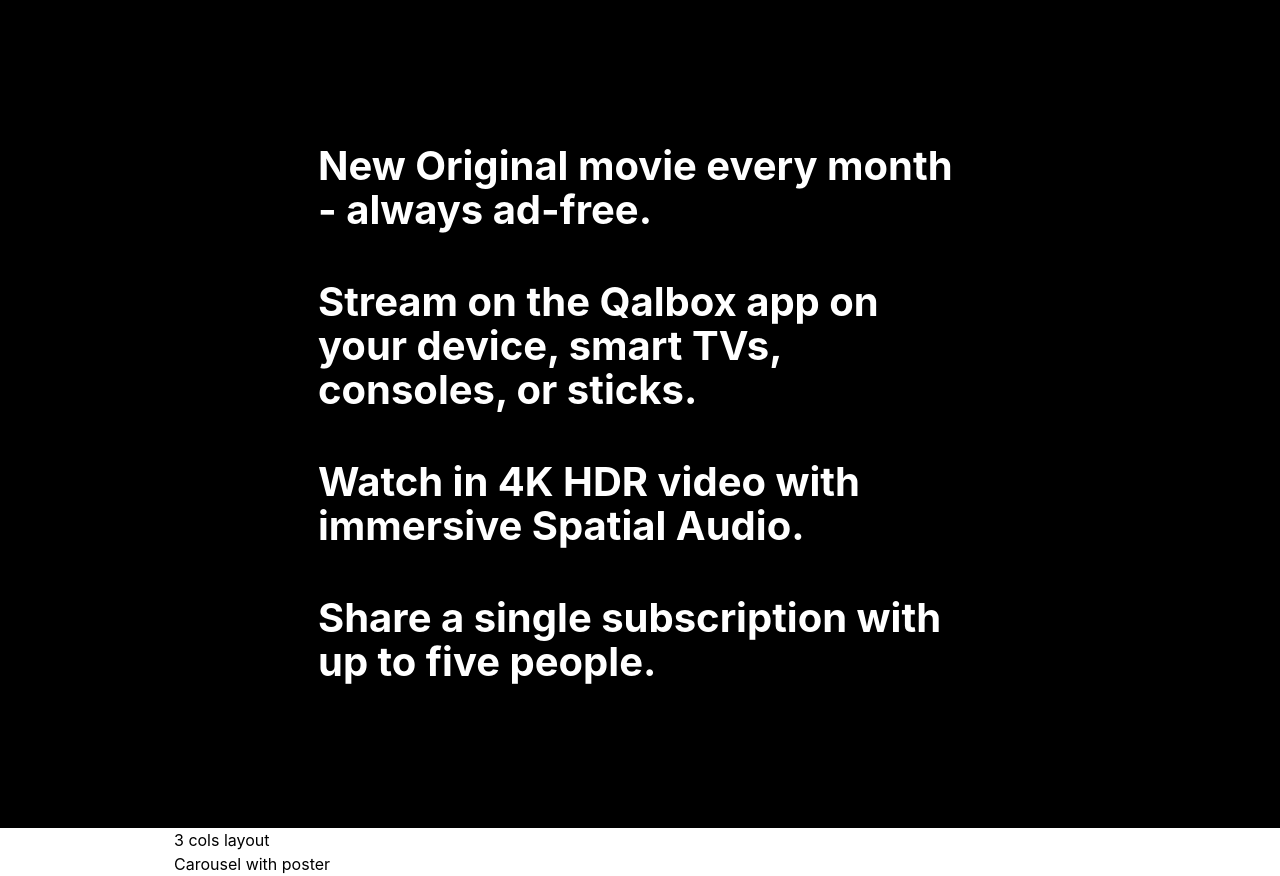
Repository: iqmalr/qalbox-rebuild
Page: /
The author's editor kept a copy of each file at every save. The page is drawn from the files as they stood at one save, then again after the next save.
The browser window is 1280 px wide. The pictures show the part of the page from y = 720 to 1596 px (the page is 1596 px tall before and 1552 px after).
Some web fonts or font styles are not loaded; a fallback is used. The project was rebuilt for these pictures with package versions that can differ from the ones it lists, and the page was loaded fresh each time. Also part of the build but not shown: vite.config.ts. Imported but missing from the stored project, and not drawn on this page: src/assets/Hero.mp4.

Above is the page before, as saved 2024-09-16 13:57:00.

### src/App.tsx
import { CustomContainer } from "./components/CustomContainer";
import { Headers } from "./components/Headers";
import { Hero } from "./components/sections/Hero";
import { USPS } from "./components/sections/USPS";

function App() {
  return (
    <>
      <Headers />
      <main>
        <div className="bg-background">
          <Hero />
          <USPS />
        </div>
        <div>
          <CustomContainer>3 cols layout</CustomContainer>
        </div>
        <div>
          <CustomContainer>Carousel with poster</CustomContainer>
        </div>
      </main>
    </>
  );
}

export default App;

### src/index.css
@tailwind base;
@tailwind components;
@tailwind utilities;
@font-face {
  font-family: "SF Pro Display";
  src: url("/assets/font/SFProDisplay-Regular.ttf") format("truetype");
  font-weight: 400;
  font-style: normal;
}

@font-face {
  font-family: "SF Pro Display";
  src: url("/assets/fonts/SFProDisplay-Bold.ttf") format("truetype");
  font-weight: 700;
  font-style: normal;
}

body {
  font-family: "SF Pro Display", sans-serif;
}
@layer {
  :root {
    --header-row-height: 44px;
    --header-height: calc(var(--header-row-height) * 2);
    --hero-height: calc(100svh - var(--header-height));
  }
}

### src/components/CustomContainer.tsx
import React from "react";
import { twMerge } from "tailwind-merge";
type Props = {
  children: React.ReactNode;
  className?: string;
};

export const CustomContainer = ({ children, className }: Props) => {
  return (
    <div className={twMerge("mx-auto max-w-[980px] px-6", className)}>
      {children}
    </div>
  );
};

### src/components/Headers.tsx
import QalboxSVGIcon from "../assets/QalboxSVG";
import { Button } from "./Button";
import { CustomContainer } from "./CustomContainer";

export const Headers = () => {
  return (
    <>
      <header className="top-0 z-20 bg-backgroundContrast text-white">
        <CustomContainer className="flex h-[--header-row-height] items-center">
          <a
            href="/"
            className="-ml-6 flex h-[--header-row-height] items-center px-6 text-21"
          >
            <QalboxSVGIcon />
            <span>Back to homepage</span>
          </a>
        </CustomContainer>
      </header>
      <div className="sticky top-0 z-20 bg-backgroundContrast text-white">
        <CustomContainer className="flex h-[--header-row-height] items-center justify-between">
          <p className="text-21 font-semibold">Qalbox App +</p>
          <Button size="small">Stream now</Button>
        </CustomContainer>
      </div>
    </>
  );
};

### src/components/sections/Hero.tsx
import { motion, useScroll, useTransform } from "framer-motion";
import { lazy, useEffect, useRef } from "react";
import videoSrc from "../../assets/Hero.mp4";
const CustomContainer = lazy(() =>
  import("../CustomContainer").then((module) => ({
    default: module.CustomContainer,
  })),
);
export const Hero = () => {
  const videoContainerRef = useRef<HTMLDivElement>(null);
  const videoRef = useRef<HTMLVideoElement>(null);

  const { scrollYProgress } = useScroll({
    target: videoContainerRef,
    offset: ["start start", "end end"],
  });
  const opacity = useTransform(scrollYProgress, [0, 0.7, 1], [1, 1, 0]);

  useEffect(() => {
    const videoContainer = videoContainerRef.current;
    const video = videoRef.current;
    if (!videoContainer || !video) return;

    const observer = new IntersectionObserver(
      (entries) => {
        entries.forEach((entry) => {
          if (entry.isIntersecting) {
            video.play().catch(() => {
              console.error("Autoplay was prevented");
            });
          } else {
            video.pause();
          }
        });
      },
      { threshold: 0.5 },
    );

    observer.observe(videoContainer);

    return () => {
      observer.unobserve(videoContainer);
    };
  }, []);
  return (
    <div className="relative bg-background text-white">
      <motion.div
        style={{ opacity }}
        ref={videoContainerRef}
        className="absolute -top-[--header-height] left-0 h-[200vh] w-full"
      >
        <video
          ref={videoRef}
          className="sticky top-0 h-screen w-full object-cover"
          src={videoSrc}
          muted
          playsInline
          loop
        />
      </motion.div>
      <CustomContainer className="relative z-10 h-[--hero-height] pb-7">
        <motion.div
          className="flex h-full flex-col items-center justify-end text-center"
          variants={{
            hidden: { opacity: 0 },
            visible: { opacity: 1 },
          }}
          whileInView="visible"
          exit="hidden"
          animate="hidden"
          viewport={{ amount: 0.98 }}
        >
          <h1 className="mb-5 text-40 font-bold md:text-72">
            The Heart of <br />
            Muslim Entertainment.
          </h1>
          <h1 className="mb-5">
            *After your free trial, enjoy both Qalbox and Muslim Pro from
            S$8.33/month onwards. Cancel anytime.
          </h1>
          <h1 className="mb-5">
            Ready to watch? Enter your email to create or restart your
            membership.
          </h1>
          <div className="flex h-[58px] w-[480px] flex-row text-21">
            <div className="flex basis-3/4 items-center bg-white text-textBlack">
              <p className="p-5">Email Address</p>
              <p></p>
            </div>
            <button className="basis-1/4 bg-primary">Mulai</button>
          </div>
        </motion.div>
      </CustomContainer>
    </div>
  );
};

### src/components/sections/USPS.tsx
import { CustomContainer } from "../CustomContainer";

export const USPS = () => {
  return (
    <CustomContainer className="max-w-[692px] space-y-12 py-36 font-bold text-white">
      <p className="text-40">
        New Original movie every month - always ad-free.
      </p>
      <p className="text-40">
        Stream on the Qalbox app on your device, smart TVs, consoles, or sticks.
      </p>
      <p className="text-40">
        Watch in 4K HDR video with immersive Spatial Audio.
      </p>
      <p className="text-40">
        Share a single subscription with up to five people.
      </p>
    </CustomContainer>
  );
};

### src/assets/icons/QalboxSVG.tsx
const QalboxSVGIcon = () => {
  return (
    <svg
      width="24"
      height="24"
      viewBox="0 0 24 24"
      fill="none"
      xmlns="http://www.w3.org/2000/svg"
    >
      <path
        id="Vector_2"
        d="M6.37981 3.25561C7.28357 4.15908 7.28357 5.61977 6.37981 6.52325C5.47606 7.42673 4.01493 7.42673 3.11117 6.52325C2.20742 5.61977 2.20742 4.15908 3.11117 3.25561C4.01493 2.35213 5.47606 2.35611 6.37981 3.25561ZM19.2673 13.962C18.9368 15.1958 19.6694 16.4615 20.8996 16.7918C22.1338 17.1222 23.3998 16.3899 23.7303 15.16C24.0607 13.9262 23.3282 12.6605 22.098 12.3302C20.8638 11.9998 19.5977 12.7322 19.2673 13.962ZM19.2673 9.97796C19.5977 11.2118 20.8638 11.9401 22.098 11.6098C23.3322 11.2794 24.0607 10.0138 23.7303 8.77995C23.3998 7.54613 22.1338 6.81778 20.8996 7.14812C19.6654 7.47847 18.9368 8.74413 19.2673 9.97796ZM17.2726 6.52325C18.1764 7.42673 19.6375 7.42673 20.5413 6.52325C21.445 5.61977 21.445 4.15908 20.5413 3.25561C19.6375 2.35213 18.1764 2.35213 17.2726 3.25561C16.3689 4.15908 16.3689 5.62375 17.2726 6.52325ZM8.63322 0.067566C7.39902 0.397912 6.67045 1.66358 7.00089 2.8974C7.33134 4.13122 8.59739 4.85958 9.83159 4.52923C11.0658 4.19888 11.7944 2.93322 11.4639 1.6994C11.1335 0.469554 9.86742 -0.26278 8.63322 0.067566ZM13.8208 4.52923C15.055 4.85958 16.3211 4.12724 16.6515 2.8974C16.982 1.66358 16.2494 0.397912 15.0192 0.067566C13.789 -0.26278 12.519 0.469554 12.1885 1.6994C11.8541 2.93322 12.5866 4.19888 13.8208 4.52923ZM23.8099 21.3331C23.8099 20.6844 23.5949 20.4694 22.934 19.8087L20.5413 17.4167C19.6375 16.5132 18.1764 16.5132 17.2726 17.4167C16.3689 18.3202 16.3689 19.7809 17.2726 20.6844L19.6654 23.0764C20.3263 23.7371 20.5453 23.952 21.1902 23.952H23.0375C23.4635 23.952 23.8059 23.6057 23.8059 23.1838L23.8099 21.3331ZM6.41166 3.29939C7.31144 4.19888 7.31144 5.65559 6.41166 6.55509C5.51189 7.45459 4.05474 7.45459 3.15497 6.55509C2.25519 5.65559 2.25519 4.19888 3.15497 3.29939C4.05076 2.39989 5.51189 2.39989 6.41166 3.29939ZM19.2513 13.97C18.9209 15.1998 19.6495 16.4615 20.8797 16.7879C22.1099 17.1182 23.372 16.3899 23.6984 15.16C24.0289 13.9302 23.3003 12.6685 22.0701 12.3421C20.8438 12.0118 19.5818 12.7401 19.2513 13.97ZM19.2513 9.99786C19.5818 11.2277 20.8438 11.9561 22.0701 11.6257C23.3003 11.2954 24.0289 10.0337 23.6984 8.80781C23.368 7.58195 22.1059 6.84962 20.8797 7.17996C19.6534 7.50633 18.9249 8.76801 19.2513 9.99786ZM17.2647 6.55509C18.1644 7.45459 19.6216 7.45459 20.5214 6.55509C21.4211 5.65559 21.4211 4.19888 20.5214 3.29939C19.6216 2.39989 18.1644 2.39989 17.2647 3.29939C16.3649 4.19888 16.3649 5.65559 17.2647 6.55509ZM8.65711 0.123287C7.42689 0.453634 6.69832 1.71532 7.02876 2.94118C7.35921 4.16704 8.62128 4.89938 9.84752 4.56903C11.0777 4.23869 11.8063 2.977 11.4759 1.75114C11.1494 0.521295 9.88733 -0.207059 8.65711 0.123287ZM13.8248 4.56903C15.055 4.89938 16.3171 4.17102 16.6436 2.94118C16.9701 1.71134 16.2455 0.449654 15.0152 0.123287C13.785 -0.207059 12.5229 0.521295 12.1965 1.75114C11.87 2.98098 12.5946 4.24267 13.8248 4.56903ZM23.782 21.3132C23.782 20.6684 23.5671 20.4535 22.9062 19.7928L20.5214 17.4088C19.6216 16.5093 18.1644 16.5093 17.2647 17.4088C16.3649 18.3083 16.3649 19.765 17.2647 20.6645L19.6495 23.0485C20.3104 23.7092 20.5253 23.9241 21.1703 23.9241H23.0137C23.4357 23.9241 23.782 23.5819 23.782 23.156V21.3132ZM14.9038 23.3988C15.8871 23.1361 16.4684 22.1252 16.2056 21.1421C15.9429 20.159 14.9316 19.5779 13.9482 19.8406C12.5906 20.2028 11.1534 20.2107 9.79178 19.8605C8.39435 19.4983 7.10839 18.766 6.08122 17.7351C5.05404 16.7083 4.3175 15.4267 3.95919 14.0257C3.60883 12.6645 3.61281 11.2317 3.97511 9.87447C4.23788 8.8914 3.65263 7.88046 2.66925 7.62175C1.68587 7.35907 0.674621 7.94414 0.415837 8.92722C-0.109694 10.8934 -0.117657 12.9789 0.391949 14.9491C0.917479 16.9829 1.98447 18.8456 3.47745 20.3381C4.97043 21.8306 6.83766 22.8973 8.8721 23.4227C9.84354 23.6734 10.8389 23.7968 11.8342 23.7968C12.8693 23.8008 13.9005 23.6654 14.9038 23.3988Z"
        fill="currentColor"
      />
    </svg>
  );
};

export default QalboxSVGIcon;

### src/components/Button.tsx
import { twMerge } from "tailwind-merge";

type Props = {
  children: React.ReactNode;
  size?: "small" | "medium" | "large";
  className?: string;
};
export const Button = ({ children, size = "medium", className }: Props) => {
  const sizeClassNames: Record<"small" | "medium" | "large", string> = {
    // 12px
    small: "text-xs px-2 py-1",
    // 14px
    medium: "text-sm px-5 py-3",
    // 17px
    large: "text-lg px-8 py-5",
  };
  return (
    <button
      className={twMerge(
        "rounded-full bg-white text-textBlack",
        sizeClassNames[size],
        className,
      )}
    >
      {children}
    </button>
  );
};

### tailwind.config.ts
/** @type {import('tailwindcss').Config} */
export default {
  content: ["./index.html", "./src/**/*.{js,ts,jsx,tsx}"],
  theme: {
    colors: {
      background: "#000",
      backgroundContrast: "#111",
      textBlack: "#1d1d1f",
      white: "#fff",
    },
    fontFamily: {
      sans: ["SF Pro Display"],
    },
    fontSize: {
      "12": "0.75rem",
      "14": "0.875rem",
      "17": "1.0625rem",
      "19": ["1.1875rem", "1.21"],
      "21": "1.3125rem",
      "24": "1.5rem",
      "28": "1.75rem",
      "40": ["2.5rem", "1.1"],
      "72": ["4.5rem", "1.05"],
    },
    extend: {},
  },
  plugins: [],
};

Loaded but not shown: index.html (common file); src/main.tsx (common file)

After the next save:
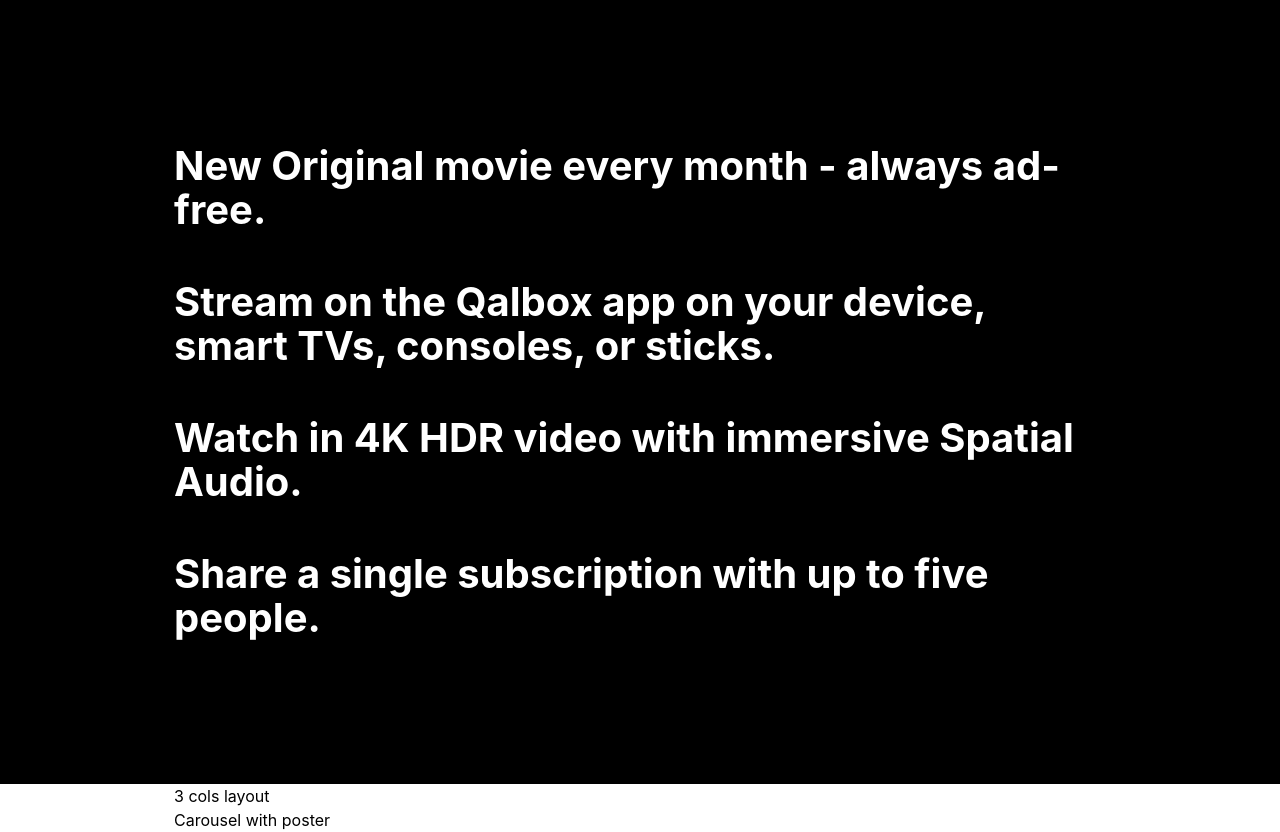
Saved 26 s later.
--- a/src/components/sections/USPS.tsx
+++ b/src/components/sections/USPS.tsx
@@ -2,7 +2,7 @@
 
 export const USPS = () => {
   return (
-    <CustomContainer className="max-w-[692px] space-y-12 py-36 font-bold text-white">
+    <CustomContainer className="space-y-12 py-36 font-bold text-white">
       <p className="text-40">
         New Original movie every month - always ad-free.
       </p>
